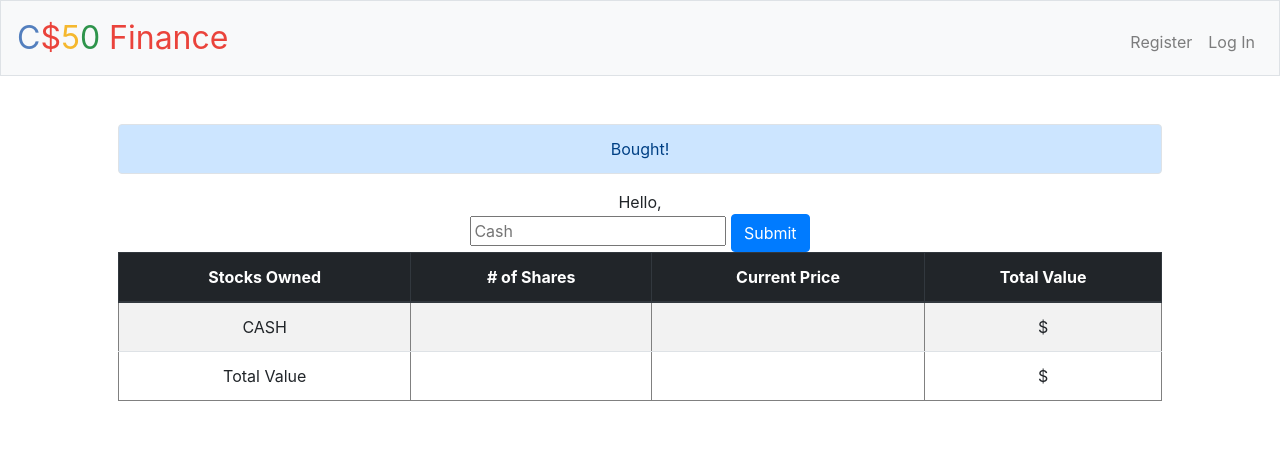
Repository: veeSauce/cs50
Page: pset8/finance/templates/index.html
The author's editor kept a record of every edit. The page is drawn from the files as they stood at one moment, then again after the next edit.
The browser window is 1280 px wide. The pictures show the whole page.
The template is drawn by Flask 3. The application's start-up code is not run. The template is opened directly, without the code that normally fills it, so the values that code supplies are empty.

Above is the page before.

After the next edit:
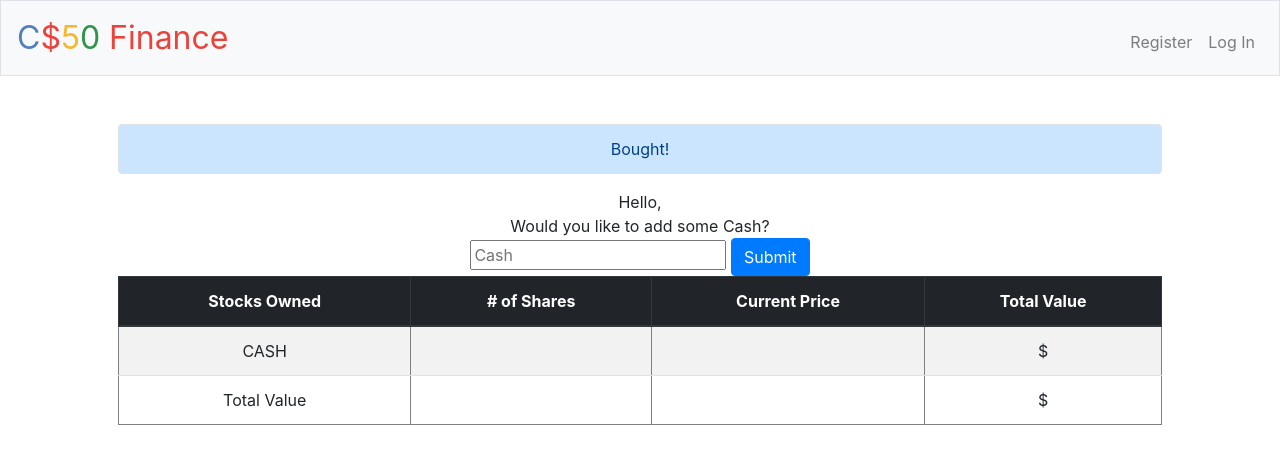
The edit:
--- a/pset8/finance/templates/index.html
+++ b/pset8/finance/templates/index.html
@@ -40,8 +40,9 @@
 
      <tbody>
 
-    <form action="/addCash" method="post">
+    <form action="/addCash" method="post" class="input-group">
         <div class="center-block">
+            <div>Would you like to add some Cash? </div>
             <input autocomplete="off" name="cash" placeholder="Cash" type="number">
         <span class="input-group-btn">
         <button class="btn btn-primary" type="submit">Submit</button>
